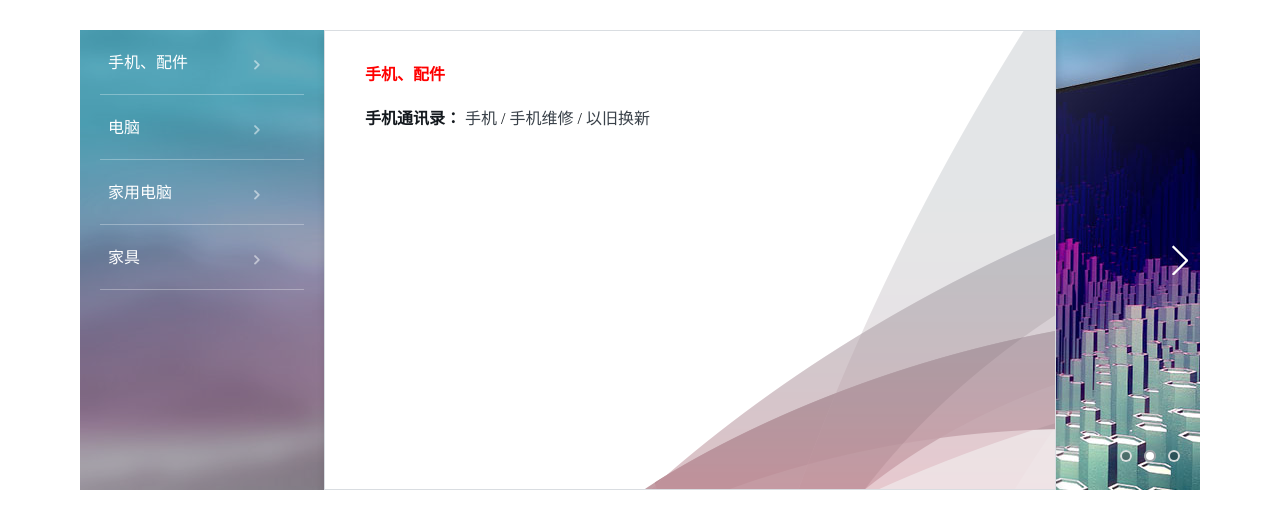
Repository: zhenzhen-gong/JSslider
Page: index.html
The author's editor kept a copy of each file at every save. The page is drawn from the files as they stood at one save, then again after the next save.
The browser window is 1280 px wide. The pictures show the whole page.

Above is the page before, as saved 2020-06-06 18:57:11.

After the next save:
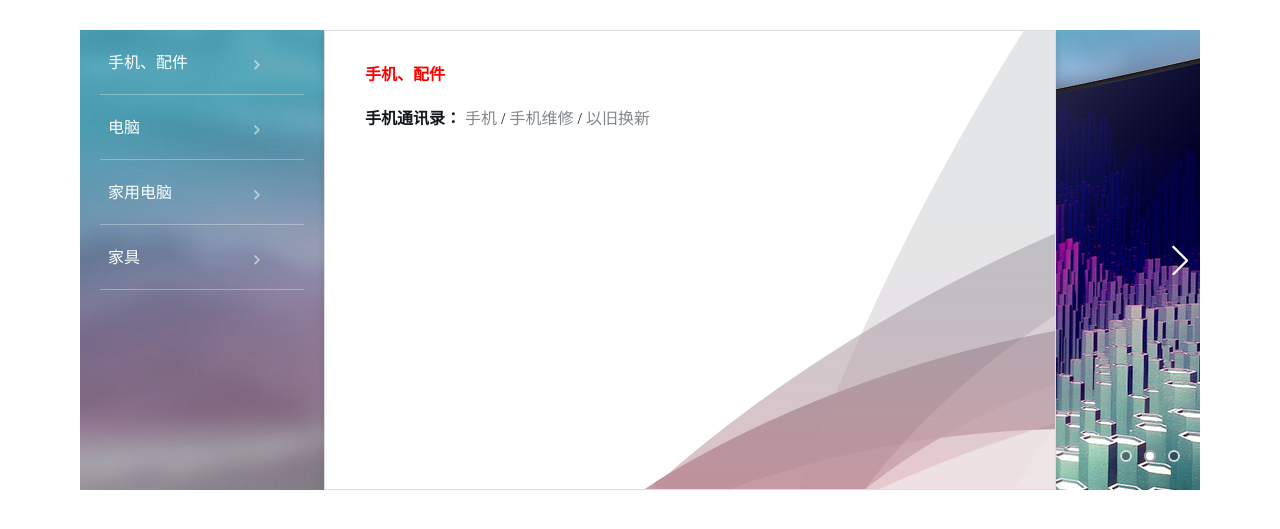
Saved 4 s later.
--- a/style.css
+++ b/style.css
@@ -144,7 +144,7 @@
 }
 .content-box a{
     text-decoration: none;
-    color: rgba(7, 17, 27,0.8);
+    color: rgba(7, 17, 27,0.5);
 }
 .content-box .title{
     font-weight: bolder;
